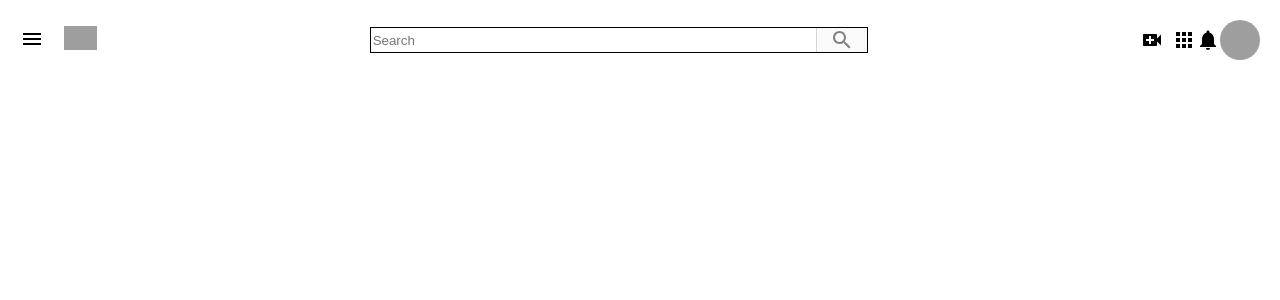
Repository: SubhashiniSundaresan/youtube-clone
Page: /
These files come from the project's save history. The page is drawn as it stood at one moment and after the next save; the edit follows.
The browser window is 1280 px wide. The pictures show the whole page.
Pictures or frames that could not be fetched are drawn as grey boxes. The project was rebuilt for these pictures with package versions that can differ from the ones it lists, and the page was loaded fresh each time. Also part of the build but not shown: src/App.css.

Above is the page before, as saved 2020-12-23 14:58:13.

After the next save:
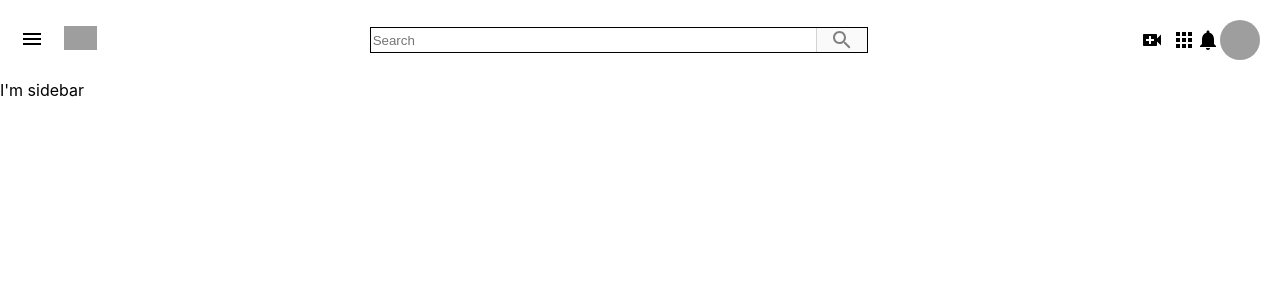
Saved 10 s later.
--- a/src/App.js
+++ b/src/App.js
@@ -1,11 +1,14 @@
 import "./App.css";
 import Header from "./Header";
+import Sidebar from "./Sidebar";
 
 function App() {
   return (
     <div className='app'>
       <Header />
-      <div className='app__page'></div>
+      <div className='app__page'>
+        <Sidebar />
+      </div>
     </div>
   );
 }
